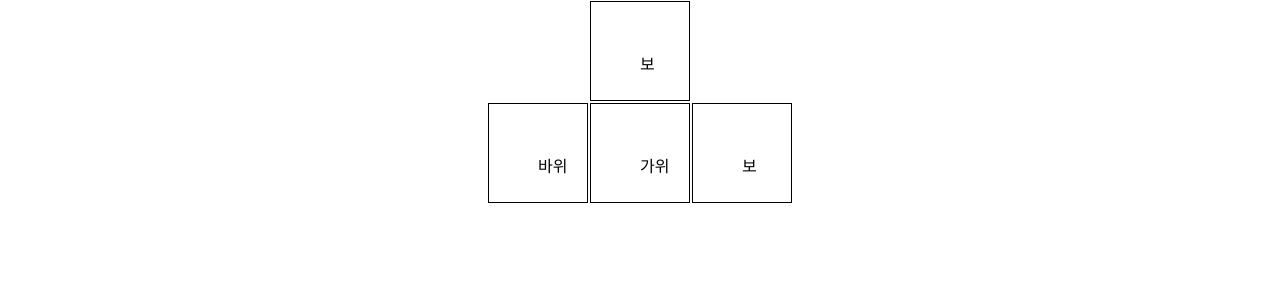
Repository: venandi48/RockScissorPaper-Game
Page: index.html
An editor plug-in stored every save of this project. The page is shown before and after the next save, followed by the edit.
The browser window is 1280 px wide. The pictures show the whole page.
The style sheet was rebuilt from its Sass, Less or Tailwind sources for each picture, by a compiler version that may differ from the author's.

Above is the page before, as saved 2023-11-13 15:46:48.

### index.html
<!DOCTYPE html>
<html lang="en">
  <head>
    <meta charset="UTF-8" />
    <meta name="viewport" content="width=device-width, initial-scale=1.0" />
    <title>가위바위보</title>
    <link rel="stylesheet" href="style.css" />
  </head>
  <body>
    <div class="playbox">
      <div class="machine">
        <div class="choice">
          <input type="hidden" name="machine-choice" />
        </div>
      </div>
      <div class="user">
        <div class="choice rock"></div>
        <div class="choice scissor"></div>
        <div class="choice paper"></div>
      </div>
      <div class="control">
        <input type="button" value="Replay" />
      </div>
    </div>

    <script src="./main.js"></script>
  </body>
</html>

### main.js
choices = {
  scissor: 0,
  rock: 1,
  paper: 2,
};

machineChoices = document.querySelectorAll(".machine .choice");
userChocies = document.querySelectorAll(".user .choice");
controlBtns = document.querySelectorAll(".playbox .control");

machineChoices.forEach((element) => {
  element.querySelector("input[type=hidden]").value = Random(0, 2);
});

controlBtns.forEach((controlBtn) => {
  replayBtn = controlBtn.querySelector("input[type=button][value=Replay]");
  replayBtn?.addEventListener("click", (e) => {
    replay(controlBtn.parentElement.parentElement);
  });
});

window.addEventListener("load", function () {
  this.setInterval(() => {
    machineChoices.forEach((element) => {
      if (element.classList.contains("selected") === false) {
        if (element.classList.contains("rock")) {
          element.classList.remove("rock");
        }
        if (element.classList.contains("scissor")) {
          element.classList.remove("scissor");
        }
        if (element.classList.contains("paper")) {
          element.classList.remove("paper");
        }

        element.querySelector("input[type=hidden]").value =
          (element.querySelector("input[type=hidden]").value + 1) % 3;

        element.classList.add(
          convertChoicesFromNumToStr(
            +element.querySelector("input[type=hidden]").value
          )
        );
      }
    });
  }, 500);
});

userChocies.forEach((element) => {
  element.addEventListener("click", function (e) {
    const selectedElement = e.target;
    let choosed = null;

    if (selectedElement.parentElement.classList.contains("selected")) return;

    selectedElement.parentElement.classList.add("selected");

    // 제일 첫번째로 나온 값을 사용자의 선택으로 간주
    selectedElement.classList.forEach((className) => {
      if (className === "rock") {
        choosed = "rock";
        return;
      } else if (className === "scissor") {
        choosed = "scissor";
        return;
      } else if (className === "paper") {
        choosed = "paper";
        return;
      }
    });

    if (choosed) {
      let sameAreaMachine =
        element.parentElement.parentElement?.querySelector(".machine .choice");

      if (sameAreaMachine) {
        gameResultCssEventer(
          selectedElement,
          sameAreaMachine,
          refree(
            +sameAreaMachine.querySelector("input[type=hidden]").value,
            choices[choosed]
          )
        );
      }
    }
  });
});

/// _________________________________________________________________
//                          Play Tools
/// _________________________________________________________________

function Random(min, max) {
  return Math.floor(Math.random() * (max - min) + min);
}

function convertChoicesFromNumToStr(choice) {
  switch (choice) {
    case choices.rock:
      return "rock";
    case choices.scissor:
      return "scissor";
    case choices.paper:
      return "paper";

    default:
      return "";
  }
}

function replay(playbox) {
  let machine = playbox.querySelector(".machine .choice");

  if (machine.classList.contains("selected"))
    machine.classList.remove("selected");
  resetResultChoiceBoxOfCss(machine);

  let userChoices = playbox.querySelector(".user");

  if (userChoices.classList.contains("selected"))
    userChoices.classList.remove("selected");

  userChoices.querySelectorAll(".choice").forEach((choiceElement) => {
    resetResultChoiceBoxOfCss(choiceElement);
  });
}

/*
 * @machine: 컴퓨터가 선택한 숫자값
 * @user: 사용자가 선택한 숫자값
 * @return: 0=>비김, 1=> 이김, 2=>짐
 */
function refree(machine, user) {
  return Math.abs(machine - user);
}

function resetResultChoiceBoxOfCss(element) {
  if (element.classList.contains("game-result-win"))
    element.classList.remove("game-result-win");
  if (element.classList.contains("game-result-draw"))
    element.classList.remove("game-result-draw");
  if (element.classList.contains("game-result-lose"))
    element.classList.remove("game-result-lose");

  return element;
}

function gameResultCssEventer(userElement, machineElement, result) {
  userElement.parentElement.querySelectorAll(".choice").forEach((node) => {
    resetResultChoiceBoxOfCss(node);
  });
  resetResultChoiceBoxOfCss(userElement);
  resetResultChoiceBoxOfCss(machineElement);
  machineElement.classList.add("selected");

  switch (result) {
    case 0:
      userElement.classList.add("game-result-draw");
      machineElement.classList.add("game-result-draw");
      break;
    case 1:
      userElement.classList.add("game-result-win");
      machineElement.classList.add("game-result-lose");
      break;
    case 2:
      userElement.classList.add("game-result-lose");
      machineElement.classList.add("game-result-win");
      break;
  }
}

### style.scss
* {
  position: relative;
  padding: 0;
  margin: 0;
  display: flexbox;
}

*,
::before,
::after {
  box-sizing: border-box;
}

.playbox {
  display: flex;
  flex-direction: column;
  justify-content: center;
  align-items: center;
}

.choice {
  width: 100px;
  height: 100px;
  border: 1px solid #000;
  margin: 1px;

  &::before {
    position: absolute;
    top: 50%;
    left: 50%;
    content: "물음표";
    animation: gelatine 0.5s infinite;
  }

  &.rock::before {
    content: "바위";
    animation-delay: 0.5s;
  }

  &.scissor::before {
    content: "가위";
    animation-delay: 1s;
  }

  &.paper::before {
    content: "보";
    // animation: bounce2 2s ease infinite;
  }
}

.game-result {
  &-win {
    background-color: green;
  }
  &-draw {
    background-color: blue;
  }
  &-lose {
    background-color: red;
  }
}

.user {
  display: flex;

  &.selected .choice {
    cursor: default;

    animation: noAnimate 0.5s infinite;
    transition: none !important;
  }

  & .choice {
    cursor: pointer;

    &:hover {
      background-color: aqua;
    }
  }
}

.control {
  display: flex;

  & input[type="button"] {
    width: 100px;
    height: 25px;
    margin: 5px;

    &[value="Replay"] {
      display: none;
    }
  }
}
.user.selected ~ .control input[type="button"][value="Replay"] {
  display: initial;
}

/*
* ============================= animate resources =============================
*/
@keyframes gelatine {
  from,
  to {
    transform: scale(1, 1);
  }
  25% {
    transform: scale(0.9, 1.1);
  }
  50% {
    transform: scale(1.1, 0.9);
  }
  75% {
    transform: scale(0.95, 1.05);
  }
}

After the next save:
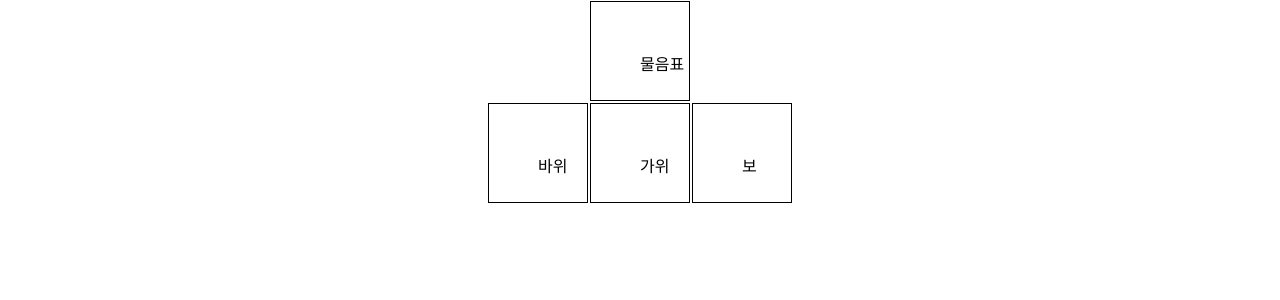
Console error: TypeError: Cannot read properties of null (reading 'querySelector')
Saved 107 s later.
--- a/main.js
+++ b/main.js
@@ -4,10 +4,15 @@ choices = {
   paper: 2,
 };
 
-machineChoices = document.querySelectorAll(".machine .choice");
+playboxes = document.querySelectorAll(".machine .choice");
 userChocies = document.querySelectorAll(".user .choice");
 controlBtns = document.querySelectorAll(".playbox .control");
 
+playboxes.forEach((playbox) => {
+  playbox
+    .querySelector(".machine .choice")
+    .querySelector("input[type=hidden]").value = Random(0, 2);
+});
 machineChoices.forEach((element) => {
   element.querySelector("input[type=hidden]").value = Random(0, 2);
 });
